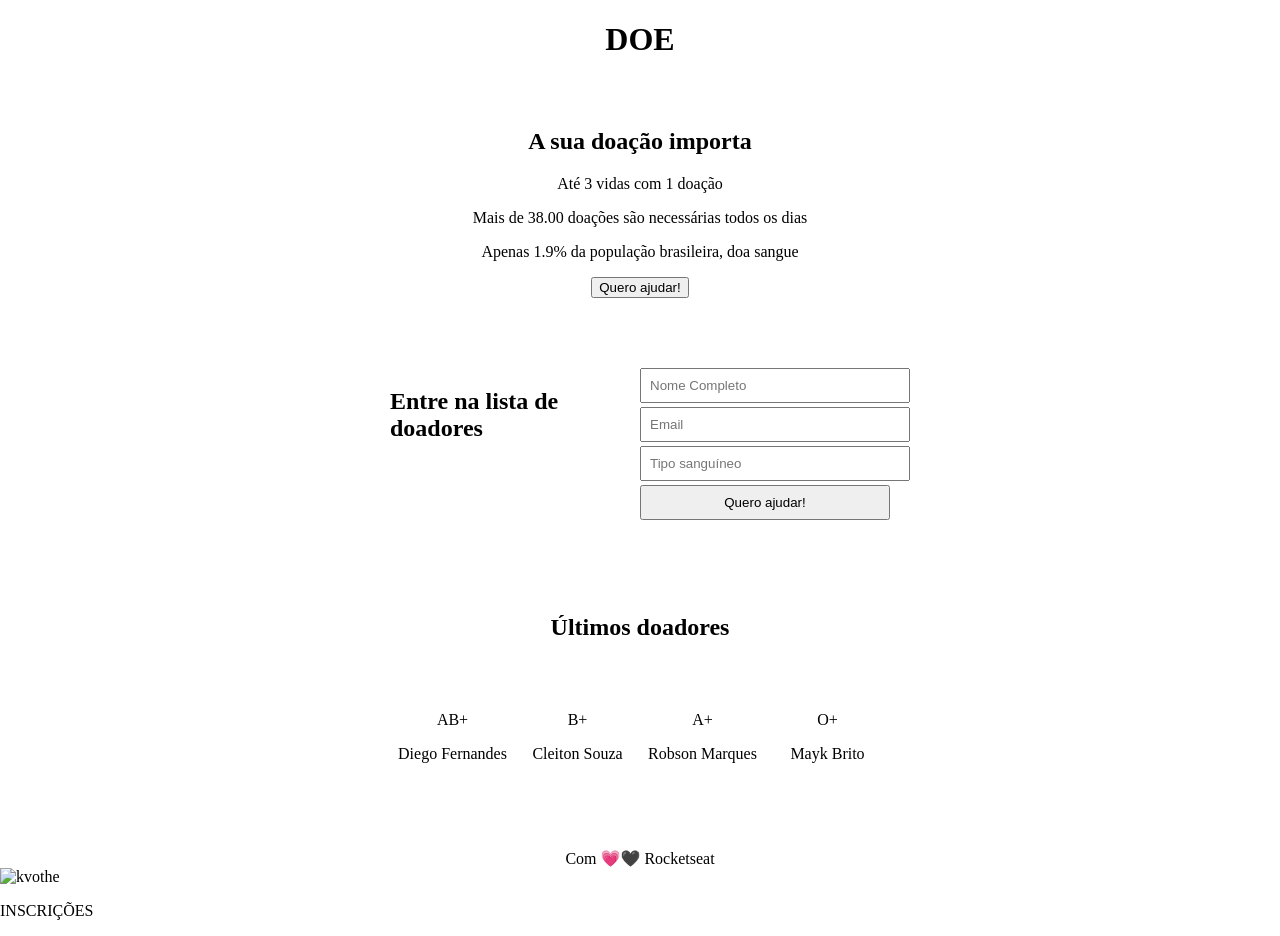
Repository: lucas-silva-dev/Doe
Page: index.html
These files come from the project's save history. The page is drawn as it stood at one moment and after the next save; the edit follows.
The browser window is 1280 px wide. The pictures show the whole page.
Some web fonts or font styles are not loaded; a fallback is used.

Above is the page before, as saved 2020-02-18 16:06:19.
Not found: aurikvothe.jpeg

After the next save:
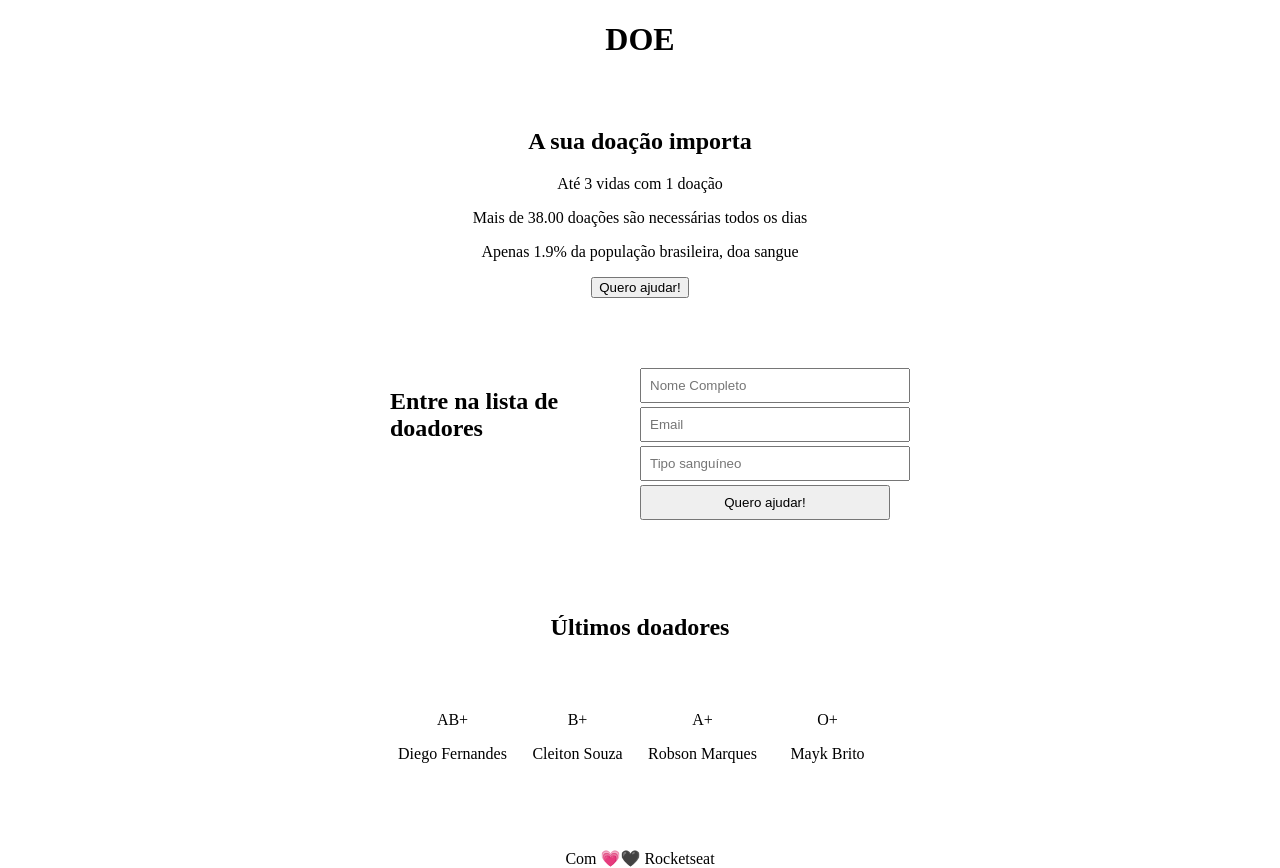
Saved 13 s later.
--- a/index.html
+++ b/index.html
@@ -67,11 +67,6 @@
 
   <footer> Com 💗🖤 Rocketseat</footer>
 
-
-  <img src="aurikvothe.jpeg" alt="kvothe">
-  <div class="cred">
-    <p>INSCRIÇÕES</p>
-  </div>
 </body>
 
 </html>
